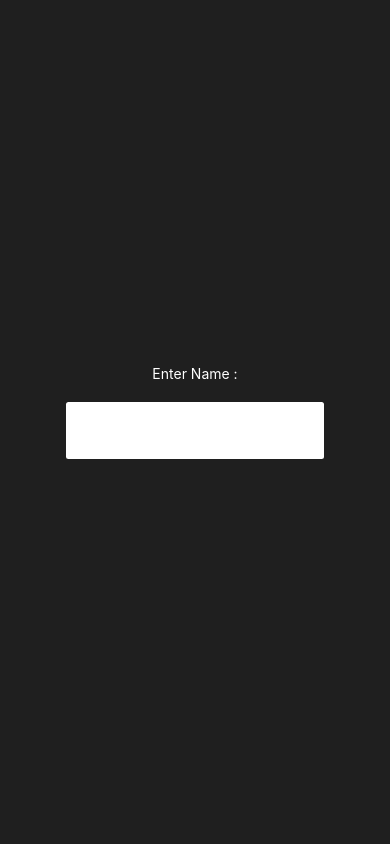
Repository: PrakharGupta36/TodoApp-React-Native
Screen: /
The author's editor kept a copy of each file at every save. The screen is drawn from the files as they stood at one save, then again after a run of saves.
The app was drawn by React Native's web renderer in a window 390 px wide. The project was rebuilt for these pictures with package versions that can differ from the ones it lists, and the page was loaded fresh each time.

Above is the screen before, as saved 2022-03-16 01:08:12.

After the next 2 saves:
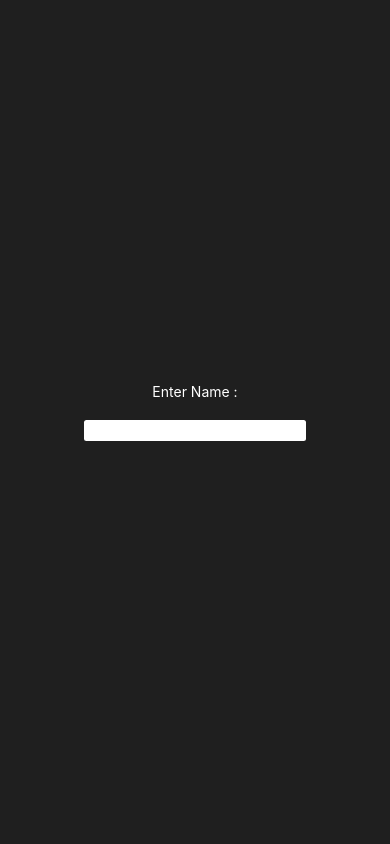
The 2 saves are shown as one change because they came seconds apart.
The last was saved 8 s later.
--- a/App.js
+++ b/App.js
@@ -40,6 +40,6 @@
   input: {
     backgroundColor: "white",
     borderRadius: 2.5,
-    padding: 20,
+    padding: 2,
   }
 });
